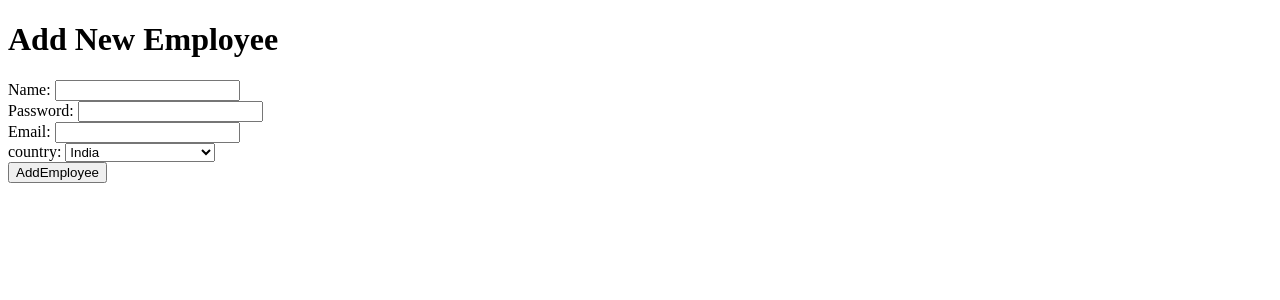
Repository: ssaxena16/SpecialProjects
Page: Advanced_java/CRUD_Servlet/WebContent/index.html
These files come from the project's save history. The page is drawn as it stood at one moment and after the next save; the edit follows.
The browser window is 1280 px wide. The pictures show the whole page.

Above is the page before, as saved 2018-08-07 17:59:36.

### Advanced_java/CRUD_Servlet/WebContent/index.html
<!DOCTYPE html>
<html>
<head>
<meta charset="ISO-8859-1">
<title>Insert title here</title>
</head>
<body>
<h1>Add New Employee </h1>
<form action="add-employee" method = "post">
Name: <input type = "text" name = "employeeName" ><br>
Password: <input type = "text" name = "employeePassword" ><br>
Email: <input type = "text" name = "employeeEmail" ><br>
country: <select name = "country" style="width:150px">
<option> India</option>
<option> USA</option>
<option> UK</option>
<option> France</option>
</select><br>
<input type = "submit" value = "AddEmployee">
</form>

</body>
</html>

After the next save:
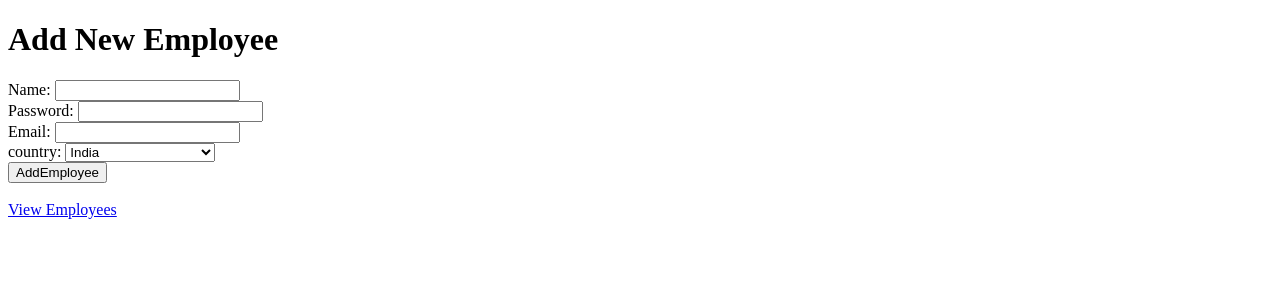
Saved 55 s later.
--- a/Advanced_java/CRUD_Servlet/WebContent/index.html
+++ b/Advanced_java/CRUD_Servlet/WebContent/index.html
@@ -18,6 +18,7 @@ country: <select name = "country" style="width:150px">
 </select><br>
 <input type = "submit" value = "AddEmployee">
 </form>
-
+<br>
+<a href = "view-employess"> View Employees</a>
 </body>
 </html>
